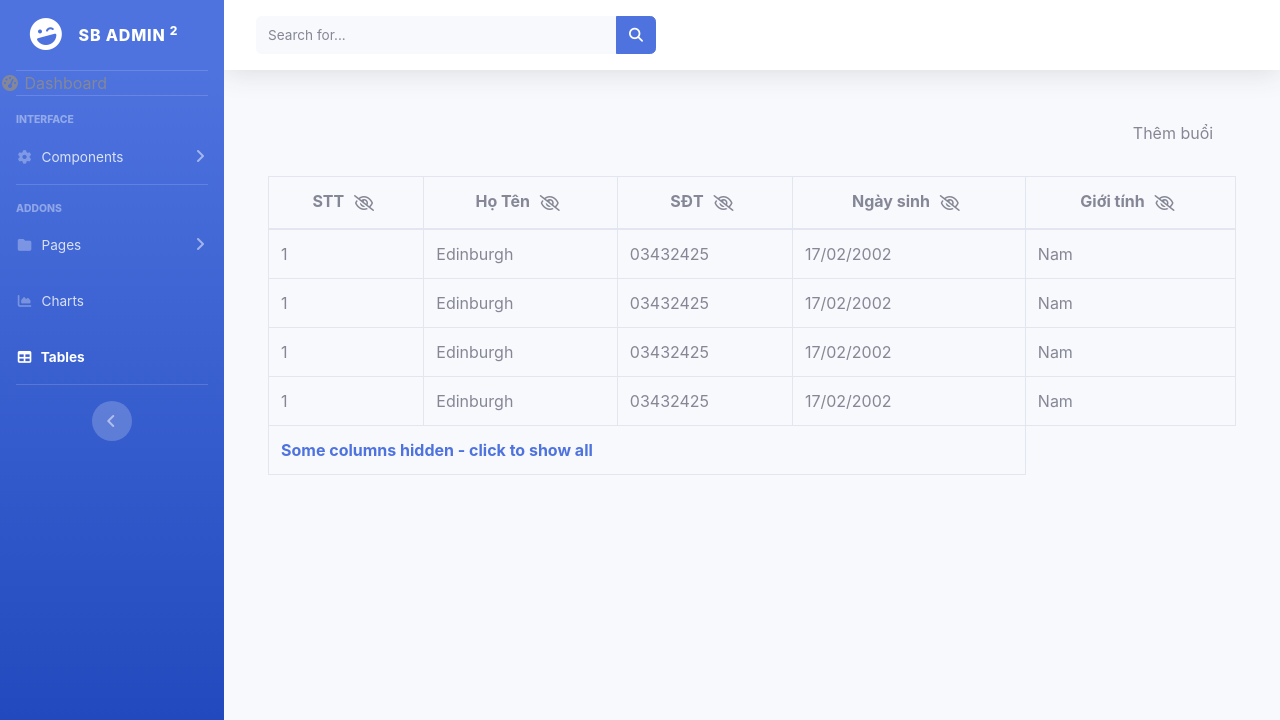
Repository: huyennvo/WebCiTEdu
Page: index.html
An editor plug-in stored every save of this project. The page is shown before and after the next save, followed by the edit.
The browser window is 1280 px wide. The pictures show the whole page.
Some web libraries are served in a nearby version.

Above is the page before, as saved 2022-07-30 09:30:16.

### index.html
<!DOCTYPE html>
<html lang="en">

<head>

    <meta charset="utf-8">
    <meta http-equiv="X-UA-Compatible" content="IE=edge">
    <meta name="viewport" content="width=device-width, initial-scale=1, shrink-to-fit=no">
    <meta name="description" content="">
    <meta name="author" content="">

    <title>CiT Edu</title>
    <link rel="stylesheet" href="https://cdn.jsdelivr.net/npm/bootstrap@4.6.1/dist/css/bootstrap.min.css">
    <script src="https://cdn.jsdelivr.net/npm/jquery@3.6.0/dist/jquery.slim.min.js"></script>
    <script src="https://cdn.jsdelivr.net/npm/popper.js@1.16.1/dist/umd/popper.min.js"></script>
    <script src="https://cdn.jsdelivr.net/npm/bootstrap@4.6.1/dist/js/bootstrap.bundle.min.js"></script>
    <script src="https://kit.fontawesome.com/1b99fd25e4.js" crossorigin="anonymous"></script>
</head>

<link href="vendor/fontawesome-free/css/all.min.css" rel="stylesheet" type="text/css">
<link href="./sb-admin-2.min.css" rel="stylesheet">
<style>
    /* body {
        padding: 15px;
    } */

    .table-hideable td,
    .table-hideable th {
        width: auto;
        transition: width .5s, margin .5s;
    }

    .btn-condensed.btn-condensed {
        padding: 0 5px;
        box-shadow: none;
    }
    /* use class to have a little animation */

    .hide-col {
        width: 0px !important;
        height: 0px !important;
        display: block !important;
        overflow: hidden !important;
        margin: 0 !important;
        padding: 0 !important;
        border: none !important;
    }
</style>

<!-- Custom styles for this template -->
<link href="css/sb-admin-2.min.css" rel="stylesheet">
<!--

<link href="http://maxcdn.bootstrapcdn.com/font-awesome/4.7.0/css/font-awesome.min.css" rel="stylesheet">
<link rel="stylesheet" href="css/buton.css">

<link rel="stylesheet" href="css/bootstrap.css">
<link rel="stylesheet" href="css/bootstrap.min.css">
<link rel="stylesheet" href="path/to/font-awesome/css/font-awesome.min.css">
<link href="https://cdn.jsdelivr.net/npm/bootstrap@5.2.0/dist/css/bootstrap.min.css" rel="stylesheet" integrity="sha384-gH2yIJqKdNHPEq0n4Mqa/HGKIhSkIHeL5AyhkYV8i59U5AR6csBvApHHNl/vI1Bx" crossorigin="anonymous" />
 -->

<!-- <link
href="https://cdn.jsdelivr.net/npm/bootstrap@5.2.0/dist/css/bootstrap.min.css"
rel="stylesheet"
integrity="sha384-gH2yIJqKdNHPEq0n4Mqa/HGKIhSkIHeL5AyhkYV8i59U5AR6csBvApHHNl/vI1Bx"
crossorigin="anonymous"
/> -->
<!-- <script
src="https://cdn.jsdelivr.net/npm/bootstrap@5.2.0/dist/js/bootstrap.bundle.min.js"
integrity="sha384-A3rJD856KowSb7dwlZdYEkO39Gagi7vIsF0jrRAoQmDKKtQBHUuLZ9AsSv4jD4Xa"
crossorigin="anonymous"
></script>  -->
<script src="./app.js"></script>
</head>

<body id="page-top">

    <!-- Page Wrapper -->
    <div id="wrapper">

        <!-- Sidebar -->
        <ul class="navbar-nav bg-gradient-primary sidebar sidebar-dark accordion" id="accordionSidebar">

            <!-- Sidebar - Brand -->
            <a class="sidebar-brand d-flex align-items-center justify-content-center" href="index.html">
                <div class="sidebar-brand-icon rotate-n-15">
                    <i class="fas fa-laugh-wink"></i>
                </div>
                <div class="sidebar-brand-text mx-3">SB Admin <sup>2</sup></div>
            </a>

            <!-- Divider -->
            <hr class="sidebar-divider my-0">

            <!-- Nav Item - Dashboard -->
            <li class="nav-item">
                <!-- <a class="nav-link" href="index.html"> -->
                <i class="fas fa-fw fa-tachometer-alt"></i>
                <span>Dashboard</span></a>
            </li>

            <!-- Divider -->
            <hr class="sidebar-divider">

            <!-- Heading -->
            <div class="sidebar-heading">
                Interface
            </div>

            <!-- Nav Item - Pages Collapse Menu -->
            <li class="nav-item">
                <a class="nav-link collapsed" href="#" data-toggle="collapse" data-target="#collapseTwo" aria-expanded="true" aria-controls="collapseTwo">
                    <i class="fas fa-fw fa-cog"></i>
                    <span>Components</span>
                </a>
            </li>

            <!-- Divider -->
            <hr class="sidebar-divider">

            <!-- Heading -->
            <div class="sidebar-heading">
                Addons
            </div>

            <!-- Nav Item - Pages Collapse Menu -->
            <li class="nav-item">
                <a class="nav-link collapsed" href="#" data-toggle="collapse" data-target="#collapsePages" aria-expanded="true" aria-controls="collapsePages">
                    <i class="fas fa-fw fa-folder"></i>
                    <span>Pages</span>
                </a>
            </li>

            <!-- Nav Item - Charts -->
            <li class="nav-item">
                <a class="nav-link" href="charts.html">
                    <i class="fas fa-fw fa-chart-area"></i>
                    <span>Charts</span></a>
            </li>

            <!-- Nav Item - Tables -->
            <li class="nav-item active">
                <a class="nav-link" href="tables.html">
                    <i class="fas fa-fw fa-table"></i>
                    <span>Tables</span></a>
            </li>

            <!-- Divider -->
            <hr class="sidebar-divider d-none d-md-block">

            <!-- Sidebar Toggler (Sidebar) -->
            <div class="text-center d-none d-md-inline">
                <button class="rounded-circle border-0" id="sidebarToggle"></button>
            </div>

        </ul>
        <!-- End of Sidebar -->

        <!-- Content Wrapper -->
        <div id="content-wrapper" class="d-flex flex-column">

            <!-- Main Content -->
            <div id="content">

                <!-- Topbar -->
                <nav class="navbar navbar-expand navbar-light bg-white topbar mb-4 static-top shadow">

                    <!-- Sidebar Toggle (Topbar) -->
                    <form class="form-inline">
                        <button id="sidebarToggleTop" class="btn btn-link d-md-none rounded-circle mr-3">
              <i class="fa fa-bars"></i>
            </button>
                    </form>

                    <!-- Topbar Search -->
                    <form class="d-none d-sm-inline-block form-inline mr-auto ml-md-3 my-2 my-md-0 mw-100 navbar-search">
                        <div class="input-group">
                            <input type="text" class="form-control bg-light border-0 small" placeholder="Search for..." aria-label="Search" aria-describedby="basic-addon2">
                            <div class="input-group-append">
                                <button class="btn btn-primary" type="button">
                  <i class="fas fa-search fa-sm"></i>
                </button>
                            </div>
                        </div>
                    </form>
                </nav>
                <!-- End of Topbar -->
                <!-- Begin Page Content -->
                <div class="container-fluid">
                    <div class="card-body">

                        <div class="table-responsive">
                            <button style="display: flex; position: relative;
                            left: 88%;" id="insertCol" class="btn btn primary">Thêm buổi</button>
                            <br>
                            <table class="table table-bordered" id="dataTable" width="100%" cellspacing="0">
                                <thead style="text-align: center;">
                                    <tr id="row1">
                                        <th>
                                            STT
                                            <button class="pull-right btn btn-default btn-condensed hide-column" data-toggle="tooltip" data-placement="bottom" title="Ẩn cột">
          <i class="fa fa-eye-slash"></i>
        </button>
                                        </th>

                                        <th>
                                            Họ Tên
                                            <button class="pull-right btn btn-default btn-condensed hide-column" data-toggle="tooltip" data-placement="bottom" title="Ẩn cột">
          <i class="fa fa-eye-slash"></i>
        </button>
                                        </th class="hide-col">
                                        <th>
                                            SĐT
                                            <button class="pull-right btn btn-default btn-condensed hide-column" data-toggle="tooltip" data-placement="bottom" title="Ẩn cột">
          <i class="fa fa-eye-slash"></i>
        </button>
                                        </th>

                                        <th>
                                           Ngày sinh
                                            <button class="pull-right btn btn-default btn-condensed hide-column" data-toggle="tooltip" data-placement="bottom" title="Ẩn cột">
          <i class="fa fa-eye-slash"></i>
        </button>
                                       </th>
                                        </th class="hide-col">
                                        <th>
                                            Giới tính
                                            <button class="pull-right btn btn-default btn-condensed hide-column" data-toggle="tooltip" data-placement="bottom" title="Ẩn cột">
          <i class="fa fa-eye-slash"></i>
        </button>
                                        </th>

                                    </tr>
                                </thead>
                                <tbody id="myTable">


                                    <tr id="row2">
                                        <td>1</td>
                                        <td>Edinburgh</td>
                                        <td>03432425</td>
                                        <td>17/02/2002</td>
                                        <td>Nam</td>
                                    </tr>
                                    <tr id="row3">
                                        <td>1</td>
                                        <td>Edinburgh</td>
                                        <td>03432425</td>
                                        <td>17/02/2002</td>
                                        <td>Nam</td>
                                    </tr>
                                    <tr id="row4">
                                        <td>1</td>
                                        <td>Edinburgh</td>
                                        <td>03432425</td>
                                        <td>17/02/2002</td>
                                        <td>Nam</td>
                                    </tr>
                                    <tr id="row5">
                                        <td>1</td>
                                        <td>Edinburgh</td>
                                        <td>03432425</td>
                                        <td>17/02/2002</td>
                                        <td>Nam</td>
                                    </tr>

                                </tbody>
                                <tfoot class="footer-restore-columns">
                                    <tr>
                                        <th colspan="4"><a class="restore-columns" href="#">Some columns hidden - click to show all</a></th>
                                    </tr>
                                </tfoot>
                            </table>
                        </div>
                    </div>
                </div>

            </div>
            <!-- /.container-fluid -->
        </div>
        <!-- End of Main Content -->

    </div>
    <!-- End of Content Wrapper -->

    </div>
    <!-- End of Page Wrapper -->

    <!-- Scroll to Top Button-->
    <!-- Button trigger modal -->


    <!-- Modal -->

    <div class="modal fade" id="exampleModal" tabindex="-1" aria-labelledby="exampleModalLabel" aria-hidden="true">
        <div class="modal-dialog">
            <div class="modal-content">
                <div class="modal-header">
                    <h5 class="modal-title" id="exampleModalLabel">Thông tin buổi học</h5>
                    <button type="button" class="close" data-dismiss="modal" aria-label="Close">
            <span aria-hidden="true">&times;</span>
          </button>
                </div>
                <div class="modal-body">
                    <form id="formInput-add">
                        <div class="form-group row">
                            <label class="col-md-3" for="inputName">Chủ nhiệm</label>
                            <input type="text" class="col-md-9 form-control" id="inputName" name="name" aria-describedby="emailHelp" placeholder="Tên chủ nhiệm" />
                        </div>
                        <div class="form-group row">
                            <label class="col-md-3" for="inputPrice">Trợ giảng</label>
                            <input type="" name="price" class="col-md-9 form-control" id="inputPrice" placeholder="Tên trợ giảng" />
                        </div>
                        <div class="form-group row">
                            <label class="col-md-3" for="inputDescription">Giảng viên</label>
                            <input type="" name="description" class="col-md-9 form-control" id="inputDescription" placeholder="Tên giảng viên" />
                        </div>
                        <div class="form-group row">
                            <label class="col-md-3" for="inputQuantity">Nội dung buổi học</label>

                            <input type="" name="product_site" class="col-md-9 form-control" id="inputProductSite" placeholder="" />
                            <!-- <textarea id="w3review" name="w3review" rows="4" cols="50"></textarea> -->
                        </div>
                        <div class="form-group row">
                            <label class="col-md-3" for="inputProductSite">Nhận xét</label>
                            <textarea type="" name="quantity" class="col-md-9 form-control" id="inputQuantity" placeholder=""></textarea>
                        </div>
                        <div class="modal-footer">
                            <button type="button" class="btn btn-primary">Lưu</button>
                            <button type="button" class="btn btn-secondary" data-dismiss="modal">Đóng</button>
                        </div>
                </div>
            </div>
        </div>
    </div>

</body>

</html>

### app.js
$(document).ready(function () {
  // $('#dataTable').on('click', '#select-all', function(){
  //    let a =$(this).className;
  //     console.log(a);
  //   // if ($(this).hasClass('allChecked')) {
      // $('input:checkbox[id^=a][type="checkbox"]').prop('checked', false);
  //   // } else {
  //   //   $('input:checkbox[id^=a][type="checkbox"]').prop('checked', true);
  //   // }
  //   // $(this).toggleClass('allChecked');
  // });
  // $("checkBox[id='checkbox1']")
  // $('#select-all2').click(function () {
  //   if ($(this).hasClass('allChecked')) {
  //     $('input:checkbox[id^="checkBox2"][type="checkbox"]').prop('checked', false);
  //   } else {
  //     $('input:checkbox[id^="checkBox2"][type="checkbox"]').prop('checked', true);
  //   }
  //   $(this).toggleClass('allChecked');
  // });
 // on init
 $(".table-hideable .hide-col").each(HideColumnIndex);

 // on click
 $('.hide-column').click(HideColumnIndex)

 function HideColumnIndex() {
     var $el = $(this);
     var $cell = $el.closest('th,td')
     var $table = $cell.closest('table')

     // get cell location - https://stackoverflow.com/a/4999018/1366033
     var colIndex = $cell[0].cellIndex + 1;
     // find and hide col index
     $table.find("tbody tr, thead tr")
         .children(":nth-child(" + colIndex + ")")
         .addClass('hide-col')

     // show restore footer
     $table.find(".footer-restore-columns").show()
 }

 // restore columns footer
 $(".restore-columns").click(function(e) {
     var $table = $(this).closest('table')
     $table.find(".footer-restore-columns").hide()
     $table.find("th, td")
         .removeClass('hide-col');

 })

 $('[data-toggle="tooltip"]').tooltip({
     trigger: 'hover'
 })

 let stt = 1;
 $("#insertCol").click(function(){
  let html1 = "";

  html1 +=`<th>Buổi ${stt} <button style="border: 0; background-color: #F8F9FC" data-stt="${stt}" class="checkBox${stt} select-all"><i
    class="fa-solid fa-check-double" style="color:green;"  data-toggle="tooltip" data-placement="right" title="Chọn tất cả"></i></button><br><button type="button"
    class="btn" data-toggle="modal" data-target="#exampleModal">
    Thêm
    </button>  <button class="pull-right btn btn-default btn-condensed hide-column" data-toggle="tooltip" data-placement="bottom" title="Hide Column">
    <i class="fa fa-eye-slash"></i>
    </button> </th>`;
    $("#row1").append(html1);
    for(let i = 0; i < 5; i++) {
      $(`#row${i + 2}`).append(`<td><input type="checkbox" id="checkBox${stt}" name="name" value="name">
      <select name="cars" id="cars" >
        <option value="saab" selected></option>
          <option value="saab" >Có phép</option>
          <option value="opel">Không phép</option>
          <option value="audi">Đi muộn</option>
        </select>
      </td>`);


    }


  // on init
 $(".table-hideable .hide-col").each(HideColumnIndex);

 // on click
 $('.hide-column').click(HideColumnIndex)

 function HideColumnIndex() {
     var $el = $(this);
     var $cell = $el.closest('th,td')
     var $table = $cell.closest('table')

     // get cell location - https://stackoverflow.com/a/4999018/1366033
     var colIndex = $cell[0].cellIndex + 1;
     // find and hide col index
     $table.find("tbody tr, thead tr")
         .children(":nth-child(" + colIndex + ")")
         .addClass('hide-col')

     // show restore footer
     $table.find(".footer-restore-columns").show()
 }

 // restore columns footer
 $(".restore-columns").click(function(e) {
     var $table = $(this).closest('table')
     $table.find(".footer-restore-columns").hide()
     $table.find("th, td")
         .removeClass('hide-col');

 })

 $('[data-toggle="tooltip"]').tooltip({
     trigger: 'hover'
 })
 $('.select-all').click(function () {
  let sttt = $(this).attr("data-stt");
  console.log(sttt);
  if ($(this).hasClass('allChecked')) {
    $(`input:checkbox[id^="checkBox${sttt}"][type="checkbox"]`).prop('checked', false);
  } else {
    $(`input:checkbox[id^="checkBox${sttt}"][type="checkbox"]`).prop('checked', true);
  }
  $(this).toggleClass('allChecked');
})
 stt++;
});




});

Loaded but not shown: sb-admin-2.min.css (library)

After the next save:
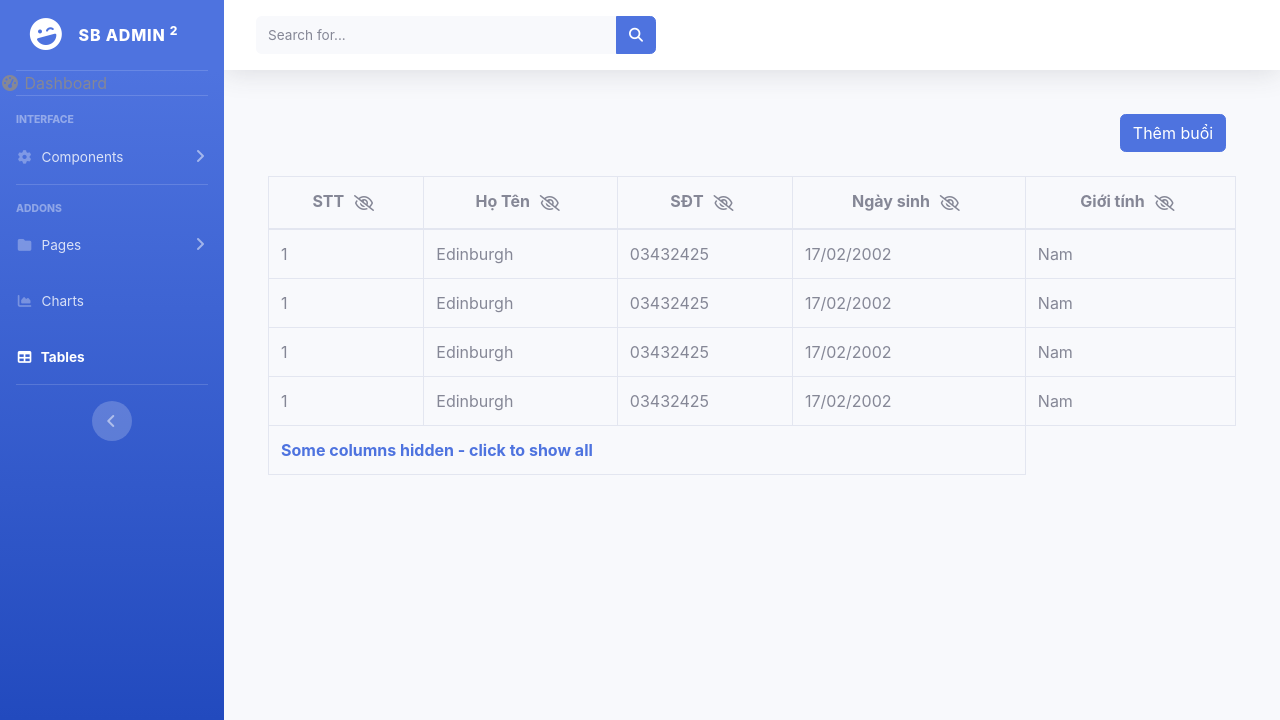
Saved 22 s later.
--- a/index.html
+++ b/index.html
@@ -192,7 +192,7 @@ crossorigin="anonymous"
 
                         <div class="table-responsive">
                             <button style="display: flex; position: relative;
-                            left: 88%;" id="insertCol" class="btn btn primary">Thêm buổi</button>
+                            left: 88%;" id="insertCol" class="btn btn-primary">Thêm buổi</button>
                             <br>
                             <table class="table table-bordered" id="dataTable" width="100%" cellspacing="0">
                                 <thead style="text-align: center;">
